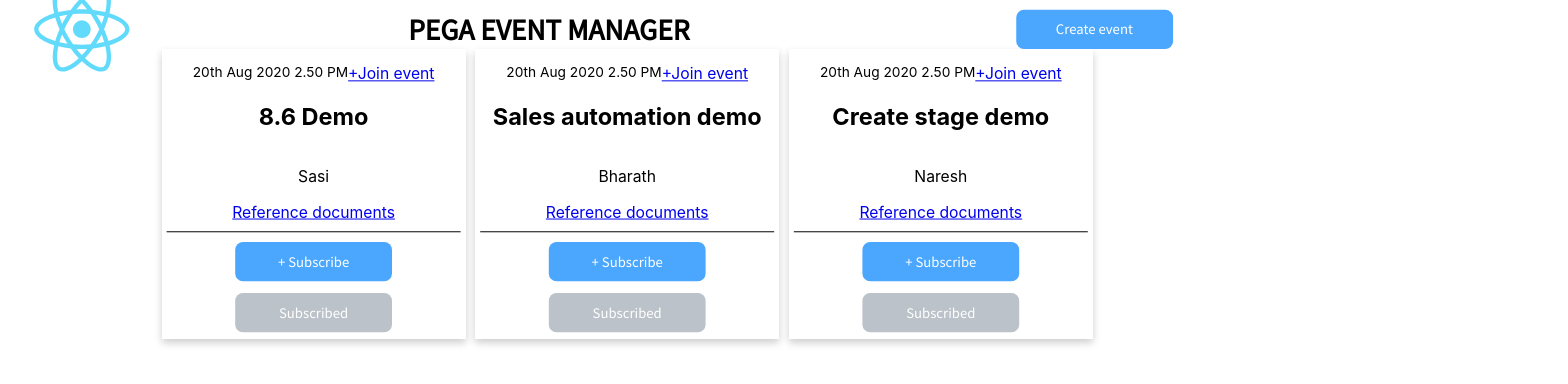
Repository: SasiVeeramachaneni/eventmanager
Page: /
These files come from the project's save history. The page is drawn as it stood at one moment and after the next save; the edit follows.
The browser window is 1280 px wide. The page is 1280 px wide, then 1600 px, so the pictures cover 1600 px, including what lies to the right of the window. The pictures show the whole page, at 98% of full size.
The project was rebuilt for these pictures with package versions that can differ from the ones it lists, and the page was loaded fresh each time.

Above is the page before, as saved 2020-08-19 17:34:29.

After the next save:
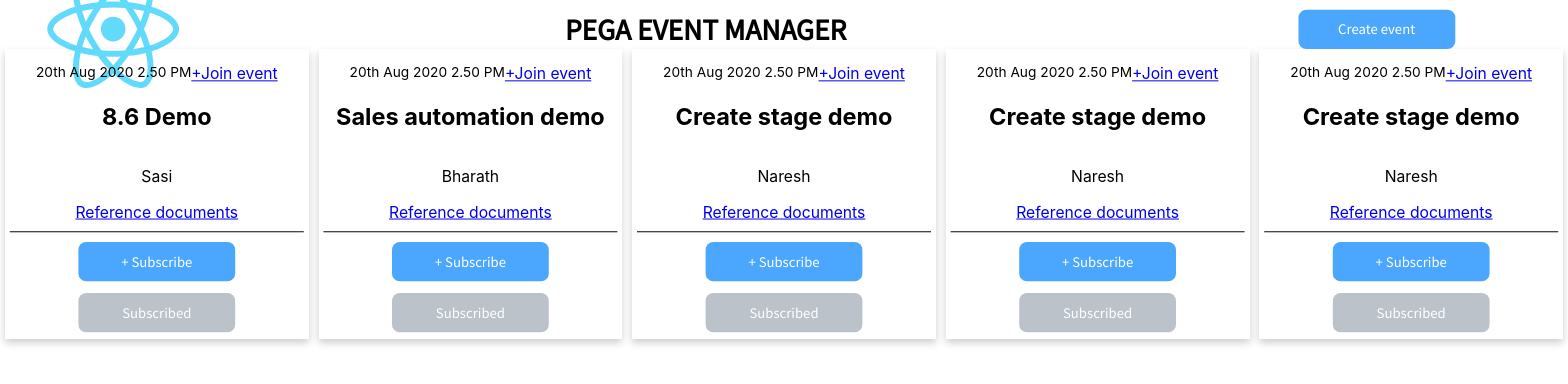
Saved 51 s later.
--- a/src/Events.js
+++ b/src/Events.js
@@ -14,11 +14,24 @@
       name: "Sales automation demo",
       username: "Bharath",
       email: "Sincere@april.biz"
-    },  {
+    },
+    {
       id: 3,
       name: "Create stage demo",
       username: "Naresh",
       email: "Sincere@april.biz"
+    },
+    {
+        id: 4,
+        name: "Create stage demo",
+        username: "Naresh",
+        email: "Sincere@april.biz"
+    },
+    {
+        id: 5,
+        name: "Create stage demo",
+        username: "Naresh",
+        email: "Sincere@april.biz"
     },
   ]
 
